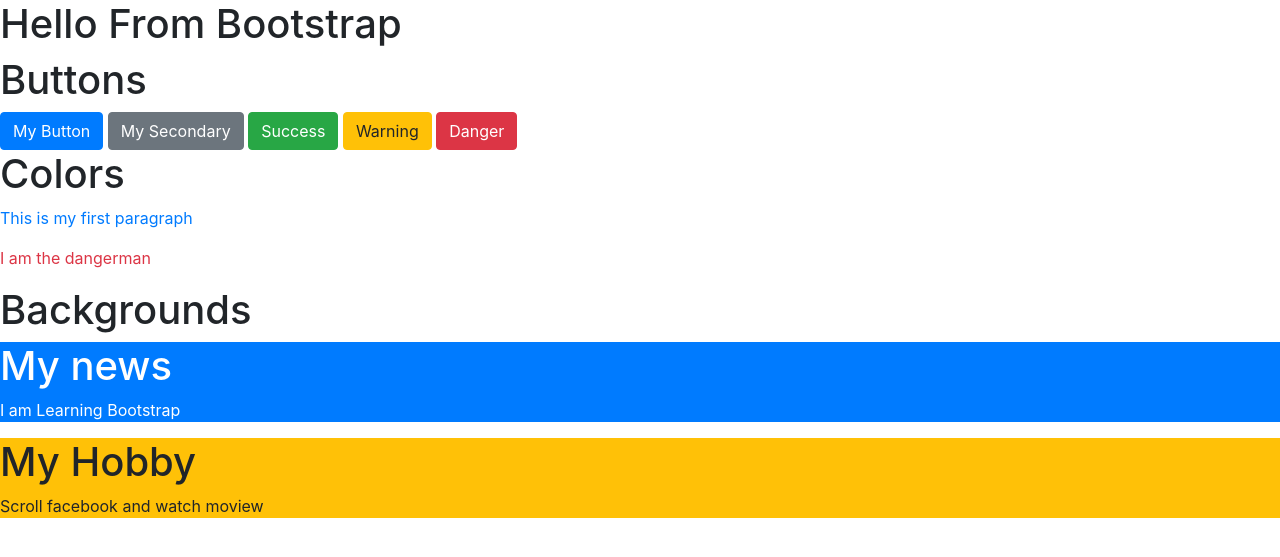
Repository: mohsinfarabi/bootstrap-practice
Page: index.html
These files come from the project's save history. The page is drawn as it stood at one moment and after the next save; the edit follows.
The browser window is 1280 px wide. The pictures show the whole page.

Above is the page before, as saved 2020-07-06 02:53:40.

### index.html
<!DOCTYPE html>
<html lang="en">

<head>
    <meta charset="UTF-8">
    <meta name="viewport" content="width=device-width, initial-scale=1.0">
    <title>Document</title>
    <link rel="stylesheet" href="css\bootstrap\css\bootstrap.min.css">
</head>

<body>
    <h1>Hello From Bootstrap</h1>
    <h1>Buttons</h1>
    <button class="btn btn-primary">My Button</button>
    <button class="btn btn-secondary">My Secondary</button>
    <button class="btn btn-success">Success</button>
    <button class="btn btn-warning">Warning</button>
    <button class="btn btn-danger">Danger</button>

    <h1>Colors</h1>
    <p class="text-primary">This is my first paragraph</p>
    <p class="text-danger">I am the dangerman</p>

    <h1>Backgrounds</h1>
    <div class="bg-primary text-white">
        <h1>My news</h1>
        <p>I am Learning Bootstrap</p>
    </div>
    <div class="bg-warning">
        <h1>My Hobby</h1>
        <p>Scroll facebook and watch moview</p>
    </div>
</body>

</html>

Loaded but not shown: css/bootstrap/css/bootstrap.min.css (library)

After the next save:
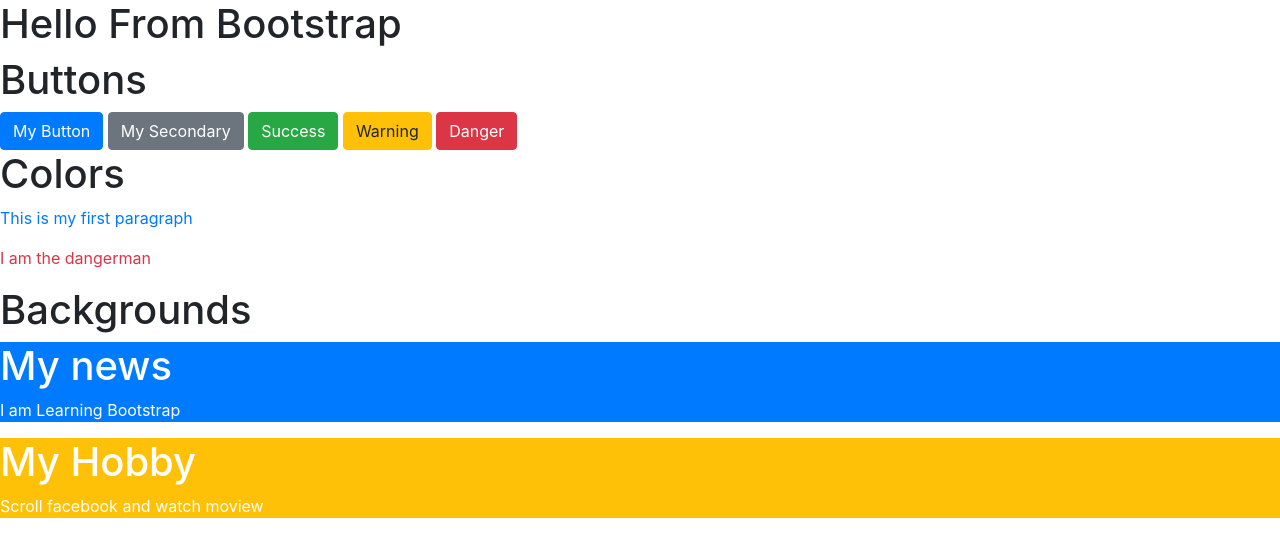
Saved 7 s later.
--- a/index.html
+++ b/index.html
@@ -26,7 +26,7 @@
         <h1>My news</h1>
         <p>I am Learning Bootstrap</p>
     </div>
-    <div class="bg-warning">
+    <div class="bg-warning text-white">
         <h1>My Hobby</h1>
         <p>Scroll facebook and watch moview</p>
     </div>
